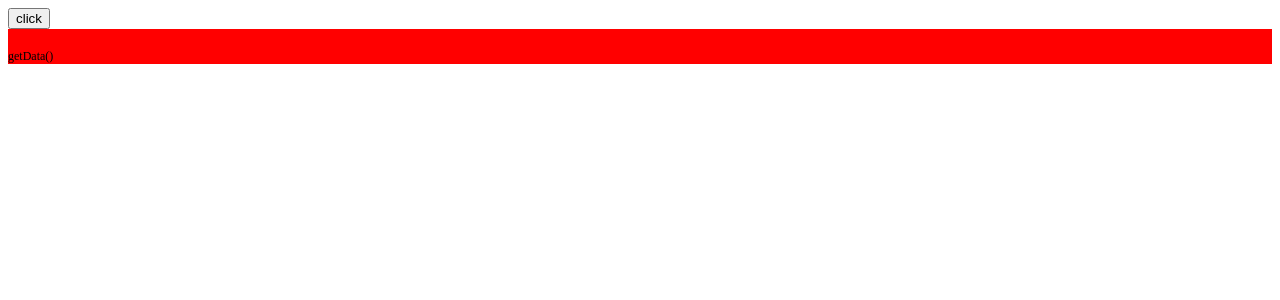
Repository: 572031690/newvue
Page: 学习demo/test.html
These files come from the project's save history. The page is drawn as it stood at one moment and after the next save; the edit follows.
The browser window is 1280 px wide. The pictures show the whole page.

Above is the page before, as saved 2021-08-10 16:00:54.

### 学习demo/test.html
<!DOCTYPE html>
<html>
	<head>
		<meta charset="utf-8">
		<title>常量</title>
        <script src="https://cdn.jsdelivr.net/npm/vue@2/dist/vue.js"></script>
	</head>
	<body>
        <div id="box">
           <button @click="handlecheck()">click</button>

            <!-- <ul> -->
                <!-- transition-group会实例化成tag里的标签 默认是span
                齐还需要里面的组件设置key值-->
                <transition name='ddd'>
                    <div class="ddd1" v-show='show'>123
                        <div>156</div>
                    </div>
                </transition>

            <!-- </ul> -->
            <div style="background-color: red;">
              <div style="border: 1px solid black;width: 100px;float: left;opacity: 0;">加油中国</div>
              <!-- <div style="border: 1px solid black;width: 600px;">底部栏</div> -->
              <div style="clear:both;">getData()</div>
            </div>

        </div>

		<script type="text/javascript">
			var vm =new Vue({
                el:"#box",//vue渲染开始的地方
                data:{
                        list : [],
                        text:'',
                        show:false,


                },//状态
                methods: {
                    handlecheck(){
                        this.show = !this.show
                    },
                    del(key){

                    },
                    getData() {
                      let CurrentDate = new Date()
                      return CurrentDate
                    }
                },
            })
		</script>
        <style>
            .ddd1{
                width: 6.25rem;
                height: 6.25rem;
                background: #000;
                overflow: hidden;
                color:red;
            }

            .ddd-enter-active, .ddd-leave-active{
                transition:  height 1.5s;
            }
            .ddd-enter,.ddd-leave-to{
                height: 0;
            }


        </style>
        <script src="./lib/rem自适应大小/flexible.js"></script>
	</body>
</html>

### 学习demo/lib/rem自适应大小/flexible.js
(function flexible(window, document) {
  var docEl = document.documentElement;
  var dpr = window.devicePixelRatio || 1;

  // adjust body font size
  function setBodyFontSize() {
    if (document.body) {
      document.body.style.fontSize = 12 * dpr + "px";
    } else {
      document.addEventListener("DOMContentLoaded", setBodyFontSize);
    }
  }
  setBodyFontSize();

  // set 1rem = viewWidth / 10
  function setRemUnit() {
    var rem = docEl.clientWidth / 24;  //所以一rem等于1920/24 = 80
    docEl.style.fontSize = rem + "px";
  }

  setRemUnit();

  // reset rem unit on page resize
  window.addEventListener("resize", setRemUnit);
  window.addEventListener("pageshow", function(e) {
    if (e.persisted) {
      setRemUnit();
    }
  });

  // detect 0.5px supports
  if (dpr >= 2) {
    var fakeBody = document.createElement("body");
    var testElement = document.createElement("div");
    testElement.style.border = ".5px solid transparent";
    fakeBody.appendChild(testElement);
    docEl.appendChild(fakeBody);
    if (testElement.offsetHeight === 1) {
      docEl.classList.add("hairlines");
    }
    docEl.removeChild(fakeBody);
  }
})(window, document);

After the next save:
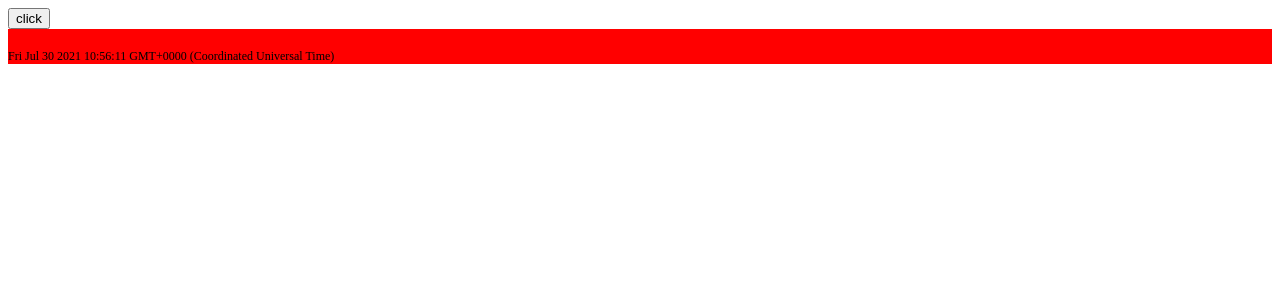
Saved 9 s later.
--- a/学习demo/test.html
+++ b/学习demo/test.html
@@ -22,7 +22,7 @@
             <div style="background-color: red;">
               <div style="border: 1px solid black;width: 100px;float: left;opacity: 0;">加油中国</div>
               <!-- <div style="border: 1px solid black;width: 600px;">底部栏</div> -->
-              <div style="clear:both;">getData()</div>
+              <div style="clear:both;">{{getData()}}</div>
             </div>
 
         </div>
